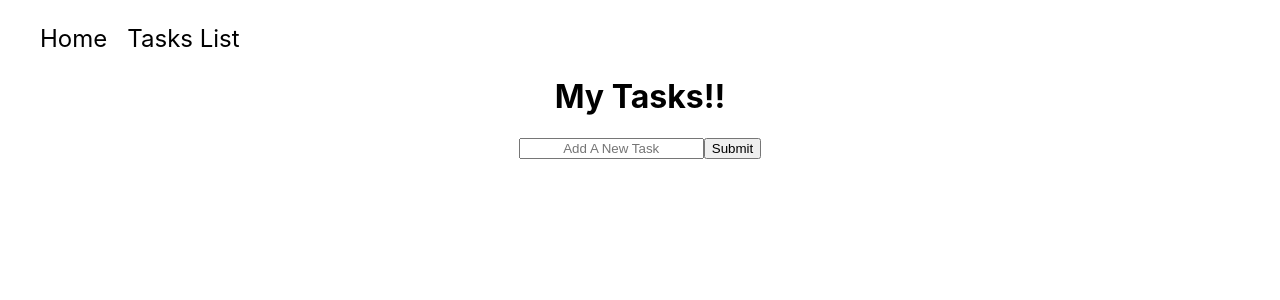
Repository: runner855/abstract_todolist
Page: /, after clicking the first element matching `button`
These files come from the project's save history. The page is drawn as it stood at one moment and after the next save; the edit follows.
The browser window is 1280 px wide. The pictures show the whole page.
The project was rebuilt for these pictures with package versions that can differ from the ones it lists, and the page was loaded fresh each time.

Above is the page before, as saved 2022-11-08 15:38:11.

### src/App.tsx
import React from "react";
import { Header } from "./Header";
import "./App.css";

export const App = () => {
  return (
    <div className="App">
      <Header />
      <h1>My Tasks!!</h1>
      <div className="textbox">
        <input type="text" placeholder="Add A New Task"></input>
        <button onClick={() => console.log("clicked")}>Submit</button>
      </div>
    </div>
  );
};

### src/Header.tsx
import * as React from "react";
import "./Header.css";

export const Header = () => {
  return (
    <div className="home">
      <ul>
        <li>Home</li>
        <li>Tasks List</li>
      </ul>
    </div>
  );
};

### src/App.css
h1{
  text-align: center;
}

input {
  text-align: center;
}

.textbox{
  text-align: center;
}

button {
  border-radius: 0 2 2 0;
}

### src/Header.css
ul{
   text-align: left;
   list-style: none;
   font-size: 1.5em;
   display: flex;

}
ul li {
    margin-right: 20px;
}

Loaded but not shown: public/index.html (common file); src/index.tsx (common file); src/index.css (common file)

After the next save:
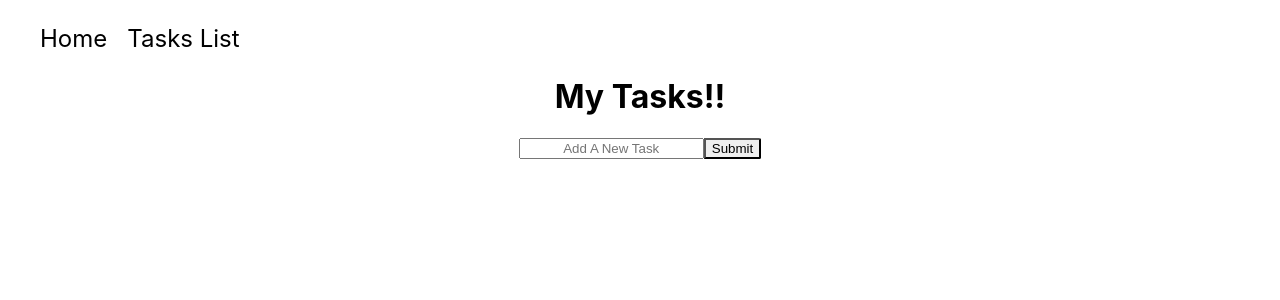
Saved 19 s later.
--- a/src/App.css
+++ b/src/App.css
@@ -11,5 +11,5 @@ input {
 }
 
 button {
-  border-radius: 0 2 2 0;
+  border-radius: 0px 2px 2px 0px;
 }
